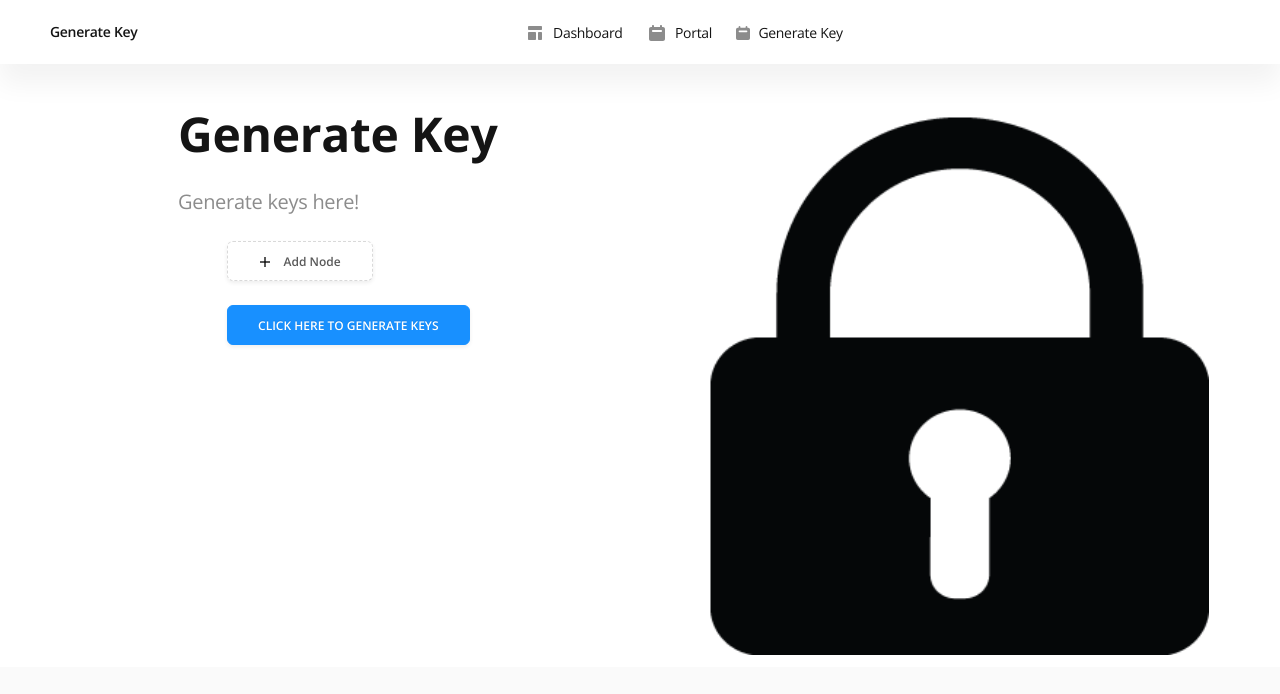
Repository: ahabalikhan/api-analytics-app-fe
Page: /sign-in
The author's editor kept a copy of each file at every save. The page is drawn from the files as they stood at one save, then again after the next save.
The browser window is 1280 px wide. The pictures show the whole page.
The project was rebuilt for these pictures with package versions that can differ from the ones it lists, and the page was loaded fresh each time. Also part of the build but not shown: src/components/chart/configs/eChart.js, src/components/chart/EChart.js, src/components/chart/configs/lineChart.js, src/components/chart/LineChart.js, src/pages/Home.js, src/pages/Profile.js, src/components/layout/Sidenav.js, src/components/layout/Footer.js and 2 more. Imported but missing from the stored project, and not drawn on this page: src/pages/Billing, src/pages/Rtl, src/pages/Tables.

Above is the page before, as saved 2022-07-17 01:10:40.

### src/components/NodesForm.js
import { MinusCircleOutlined, PlusOutlined } from '@ant-design/icons';
import { Button, Form, Input } from 'antd';
import React from 'react';
const formItemLayout = {
    labelCol: {
        xs: {
            span: 24,
        },
        sm: {
            span: 4,
        },
    },
    wrapperCol: {
        xs: {
            span: 24,
        },
        sm: {
            span: 20,
        },
    },
};
const formItemLayoutWithOutLabel = {
    wrapperCol: {
        xs: {
            span: 24,
            offset: 0,
        },
        sm: {
            span: 20,
            offset: 4,
        },
    },
};

const NodesForm = () => {
    const onFinish = (values) => {
        console.log('Received values of form:', values);
    };

    return (
        <Form name="dynamic_form_item" {...formItemLayoutWithOutLabel} onFinish={onFinish}>
            <Form.List
                name="names"
                rules={[
                    {
                        validator: async (_, names) => {
                            if (!names || names.length < 2) {
                                return Promise.reject(new Error('Enter at least 2 nodes'));
                            }
                        },
                    },
                ]}
            >
                {(fields, { add, remove }, { errors }) => (
                    <>
                        {fields.map((field, index) => (
                            <Form.Item
                                {...(index === 0 ? formItemLayout : formItemLayoutWithOutLabel)}
                                label={index === 0 ? 'Nodes' : ''}
                                required={false}
                                key={field.key}
                            >
                                <Form.Item
                                    {...field}
                                    validateTrigger={['onChange', 'onBlur']}
                                    rules={[
                                        {
                                            required: true,
                                            whitespace: true,
                                            message: "Please input node's name or delete this field.",
                                        },
                                    ]}
                                    noStyle
                                >
                                    <Input
                                        placeholder="Node name"
                                        style={{
                                            width: '60%',
                                        }}
                                    />
                                </Form.Item>
                                {fields.length > 1 ? (
                                    <MinusCircleOutlined
                                        className="dynamic-delete-button"

                                        onClick={() => remove(field.name)}
                                    />
                                ) : null}
                            </Form.Item>
                        ))}
                        <Form.Item>
                            <Button
                                type="dashed"
                                onClick={() => add()}
                                style={{
                                    width: '60%',
                                }}
                                icon={<PlusOutlined />}
                            >
                                Add Node
                            </Button>
                            <Form.ErrorList errors={errors} />
                        </Form.Item>
                    </>
                )}
            </Form.List>
            <Form.Item>
                <Button
                    type="primary"
                    htmlType="submit"
                    style={{ width: "100%" }}
                >
                    CLICK HERE TO GENERATE KEYS
                </Button>
            </Form.Item>
        </Form>
    );
};

export default NodesForm;

Loaded but not shown: public/index.html (common file); src/index.js (common file); src/components/layout/Header.js (337 lines, source omitted); src/pages/SignIn.js (205 lines, source omitted); src/pages/Portal.js (171 lines, source omitted); src/App.js (33 lines, source omitted); src/assets/styles/main.css (3064 lines, source omitted)

After the next save:
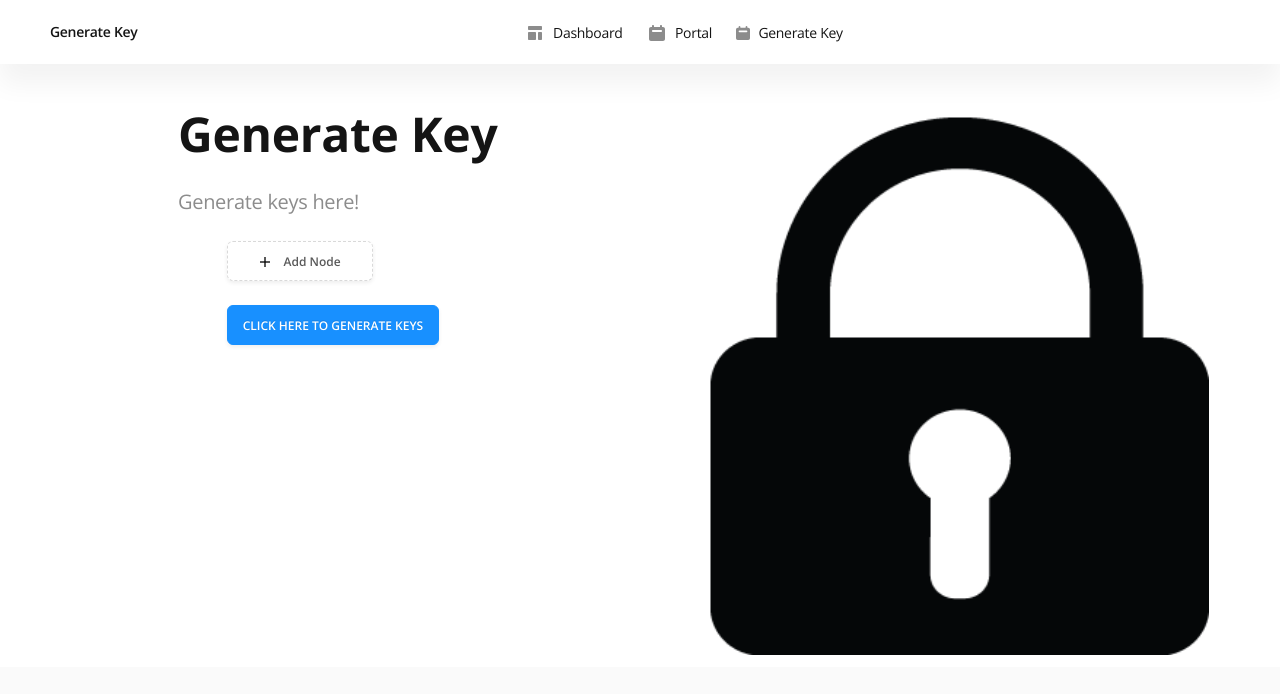
Saved 45 s later.
--- a/src/components/NodesForm.js
+++ b/src/components/NodesForm.js
@@ -108,7 +108,6 @@ const NodesForm = () => {
                 <Button
                     type="primary"
                     htmlType="submit"
-                    style={{ width: "100%" }}
                 >
                     CLICK HERE TO GENERATE KEYS
                 </Button>
